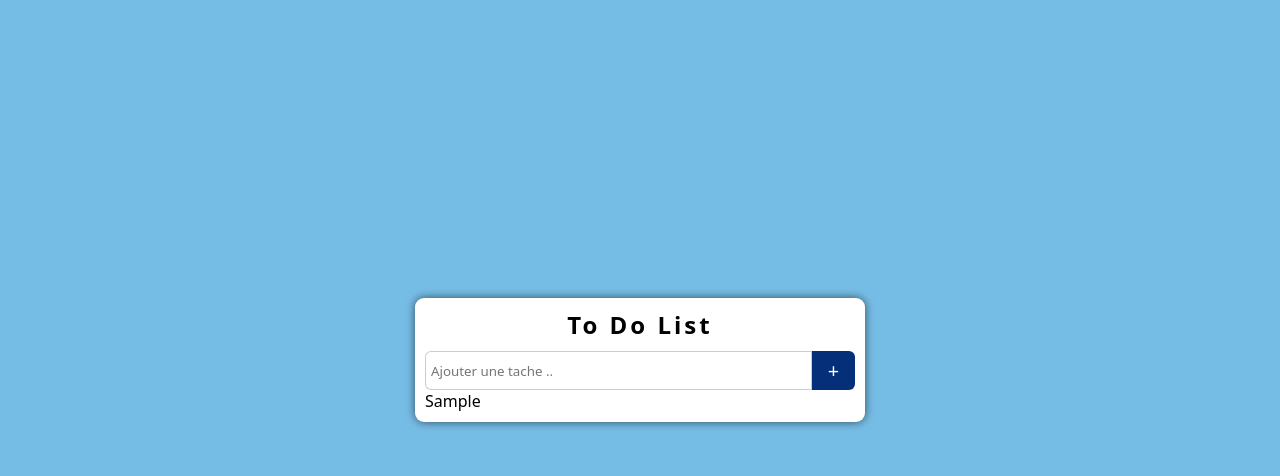
Repository: beva3/javaScrypt
Page: to-do-liste/index.html
These files come from the project's save history. The page is drawn as it stood at one moment and after the next save; the edit follows.
The browser window is 1280 px wide. The pictures show the whole page.
Empty fields were first filled with sample values (such as "Sample", 5 or name@example.com).
After loading, the first visible `#addTodo` was clicked once.

Above is the page before, as saved 2024-05-08 21:21:25.

### to-do-liste/index.html
<!DOCTYPE html>
<html lang="en">
<head>
    <meta charset="UTF-8">
    <link rel="stylesheet" href="style.css">
    <meta name="viewport" content="width=device-width, initial-scale=1.0">
    <title>to do list</title>
</head>
<body>
    <section>
        <h1>To do list</h1>
        <div class="container">
            <div class="full_input">
                <input type="text" name="" id="inputField" placeholder="Ajouter une tache ..">
                <button id="addTodo" onclick="addToDoButton()">+</button>
            </div>
            <div id="toDocontainer"></div>
        </div>
    </section>
    <script src="./script.js"></script>
</body>
</html>

### to-do-liste/style.css
*{
    margin: 0;
    padding: 0;
    box-sizing:border-box ;
    font-family:system-ui, -apple-system, BlinkMacSystemFont, 'Segoe UI', Roboto, Oxygen, Ubuntu, Cantarell, 'Open Sans', 'Helvetica Neue', sans-serif;
}
body{
    background-color: rgba(48, 155, 218, 0.658);
    display: flex;
    align-items: center;
    min-height: 100vh;
    justify-content: center;
}
section{
    background-color: white;
    padding:10px;
    width:450px;
    border-radius: 9px;
    box-shadow: 0 0 10px rgba(0,0,0,0.6);
}
h1{
    text-align: center;
    text-transform: capitalize;
    letter-spacing: 3px;
    margin-bottom: 10px;
}
.full_input{
    display: flex;
    align-items: center;
    justify-content: space-between;
    input{
        width: 90%;
        padding: 10px 5px;
        height: 39px;
        outline: none;
        border: 1px solid rgba(214, 186, 186, 0.822);
        border-radius: 6px 0 0 6px ;
    }
    button{
        width: 10%;
        height: 39px;
        border:0;
        border-radius: 0 6px 6px 0 ;
        background-color: rgb(6, 47, 122);
        font-size: 20px;
        color: white;
        cursor: pointer;
    }
}
.paragraph_style{

}

### to-do-liste/script.js
let addToDoButton = document.getElementById('addTodo');             //!console.log(addToDoButton);
let addToDoContainer = document.getElementById('toDocontainer');    //!console.log(addToDoContainer);
let inputField = document.getElementById('inputField');             //!console.log(inputField);

addToDoButton.onclick = function(){
    // TODO: verify if the input field is not null
    if(inputField.value != ""){
        //  !console.log(inputField);
        //  !console.log(inputField.value);
        // TODO: create a paragraph
        var paragraph = document.createElement('p');
    }
    // TODO: valorizer this paragraph with the content of input
    paragraph.innerHTML = inputField.value;

    // TODO: add style
    paragraph.classList.add('paragraph_style');

    // TODO:insert this paragraph dans l'element of toDoContainer
    addToDoContainer.appendChild(paragraph);

    inputField.value = "";
}

After the next save:
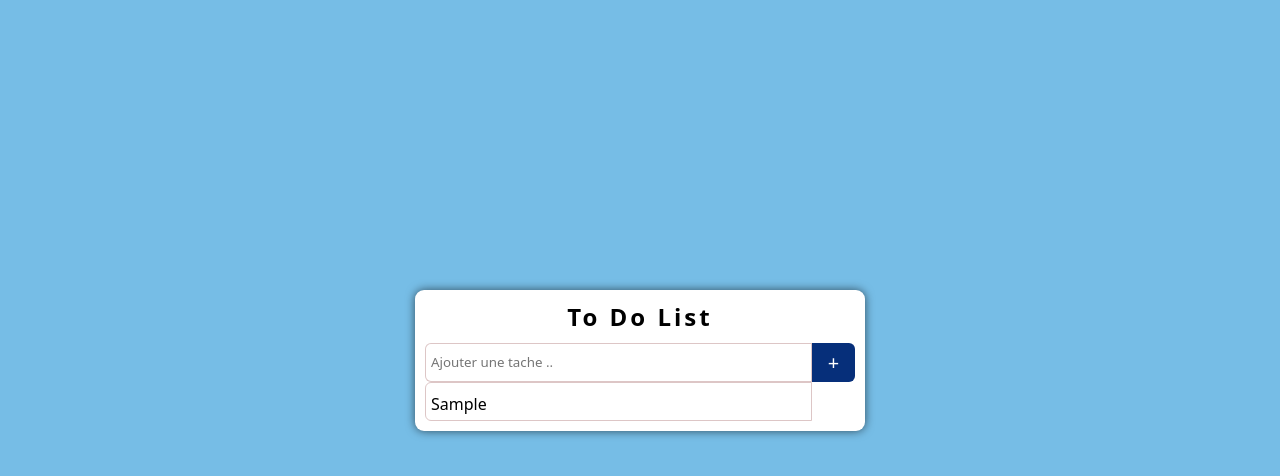
Saved 33 s later.
--- a/to-do-liste/style.css
+++ b/to-do-liste/style.css
@@ -48,5 +48,10 @@ h1{
     }
 }
 .paragraph_style{
-
+    width: 90%;
+        padding: 10px 5px;
+        height: 39px;
+        outline: none;
+        border: 1px solid rgba(214, 186, 186, 0.822);
+        border-radius: 6px 0 0 6px ;
 }
